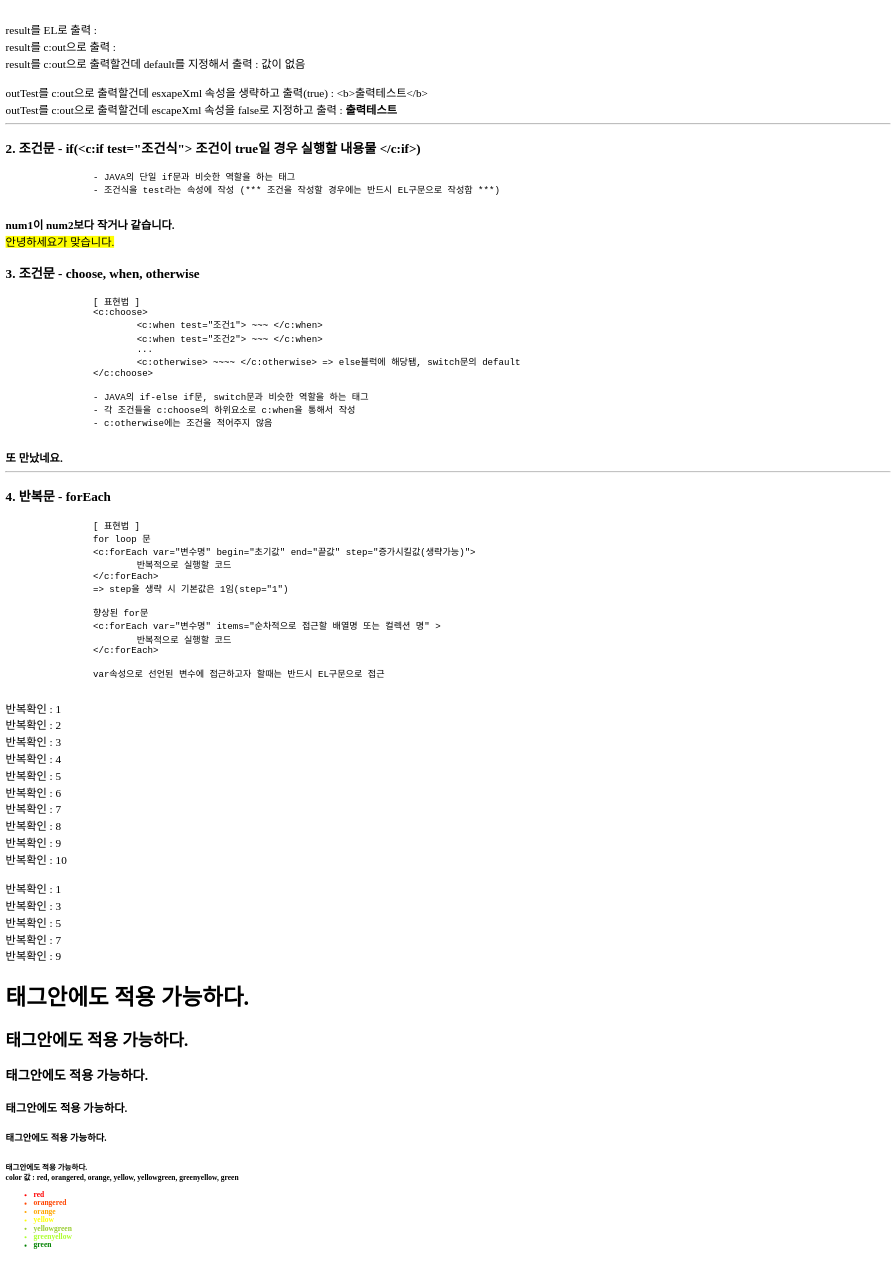
Repository: DonghwanSon1/ajax-jsp-study
Page: http://localhost/ActionProject/views/3_CustomAction/01_core.jsp
The author's editor kept a copy of each file at every save. The page is drawn from the files as they stood at one save, then again after the next save.
The browser window is 1280 px wide. The pictures show the part of the page from y = 860 to 2780 px (the page is 2692 px tall before and 2780 px after), at 70% of full size.
The page is served by Tomcat 9. Other server files are loaded and not shown.

Above is the page before, as saved 2022-07-13 00:29:20.

### ActionProject/WebContent/views/3_CustomAction/01_core.jsp
<%@ page language="java" contentType="text/html; charset=UTF-8"
    pageEncoding="UTF-8"%>
<%@ taglib prefix="c" uri="http://java.sun.com/jsp/jstl/core" %>
<!DOCTYPE html>
<html>
<head>
<meta charset="UTF-8">
<title>정말 중요한 core 페이지</title>
</head>
<body>


	<h1>JSTL Core Library</h1>

	<h3>1. 변수(속성 == attribute)</h3>

	<pre>
		* 변수 선언 (&lt;c:set var="변수명" value="리터럴" scope="스코프영역지정(생략가능)" /&gt;)
		- 변수를 선언하고 초기값을 대입해두는 기능을 제공
		- 더나아가서 해당 변수를 어떤 scope영역에 담아둘건지 지정 가능함
			(scope속성 생략 시 pageScope에 담김)
		=> 즉, 해당 scope영역에 setAttribute라는 메서드를 이용해서
			key + value형태로 데이터를 담아둔다라고 생각하면 된다.
		=> c:set을 통해 선언된 변수는 EL로 접근해서 사용 가능 (스크립팅 원소로는 접근 불가능)

		* 주의사항
		- 변수의 타입을 별도로 지정하지 않음(초기값을 반드시 지정해둬야됌!!!)
	</pre>

	<c:set var="num1" value="10"></c:set> <!-- pageScope에 담김 pageContext.setAttribute("num1", "10"); -->
	<c:set var="num2" value="20" scope="request"></c:set> <!-- requestScope에 담김 request.setAttribute("num2", "20"); -->

	num1의 변수값 : ${ num1 } <br>
	num2의 변수값 : ${ num2 } <br>

	<c:set var="result" value="${ num1 + num2 }" scope="session"></c:set>

	result변수값 : ${ result } <br>

	<!--
		변수명만 제시하면 공유범위가 작은 곳에서부터 찾음
		: 티가 나지는 않지만 속도가 느려질수도 있다.(스코프영역.변수명 을 권장)
	 -->

	${ pageScope.num1 } <br>
	${ requestScope.num2 } <br>
	${ sessionScope.result } <br><br>

	<c:set var="result" scope="request"	>9999</c:set>
	<!-- value속성 말고 시작태그와 종료태그 사이에도 대입할 값을 기술 가능 -->

	${ requestScope.result } <br>
	${ sessionScope.result } <br>

	<hr>

	<pre>
		* 변수 삭제(&lt;c:remove var="제거하고자하는 변수명" scope="스코프영역지정가능(생략가능)" /&gt;)
		- 해당 변수를 scope에서 찾아서 제거하는 태그
		- scope지정 생략시 모든 scope에서 해당 변수를 다 찾아서 제거함
		=> 즉, 해당 scope에 .removeAttribute("키값"); 이용해서 제거하는거라고 생각하면 된다.
	</pre>

	삭제 전 result : ${ result } <br>
	1) 특정 scope를 지정해서 삭제 <br>
	<c:remove var="result" scope="request" />

	request 삭제 후 result : ${ result } <br>

	2) 모든 scope에서 삭제 <br>
	<c:remove var="result" />
	모든 scope에서 삭제 후 result : ${ result } <br>

	<hr>

	<pre>
		* 변수 출력(&lt;c:out value="출력하고자하는값" default="기본값(생략가능)" escapeXml="true(기본값, 생략가능) / false" /&gt;)
		- 데이터를 출력하고자 할 때 사용하는 태그
		- default : 기본값, value 속성에 출력하고자 하는 값이 없을 경우 대체해서 기본값으로 출력할 내용물을 기술(생략가능)

	</pre>

	result를 EL로 출력 : ${ result } <br>
	result를 c:out으로 출력 : <c:out value="${ result }" /> <br>
	result를 c:out으로 출력할건데 default를 지정해서 출력 : <c:out value="${ result }" default="값이 없음" /> <br><br>

	<!-- escapeXml 테스트 -->
	<!-- 테스트하기 위한 변수 선언 -->
	<c:set var="outTest" value="<b>출력테스트</b>" />

	outTest를 c:out으로 출력할건데 esxapeXml 속성을 생략하고 출력(true) : <c:out value="${ outTest }"/> <br>
	outTest를 c:out으로 출력할건데 escapeXml 속성을 false로 지정하고 출력 : <c:out value="${ outTest }" escapeXml="false" />

	<hr>

	<h3>2. 조건문 - if(&lt;c:if test="조건식"&gt; 조건이 true일 경우 실행할 내용물 &lt;/c:if&gt;)</h3>

	<pre>
		- JAVA의 단일 if문과 비슷한 역할을 하는 태그
		- 조건식을 test라는 속성에 작성 (*** 조건을 작성할 경우에는 반드시 EL구문으로 작성함 ***)
	</pre>

	<%--
	기존방식
	<% if(num1 > num2) { %>
		쏼라쏼라
	<% } %>
	--%>

	<c:if test="${ num1 gt num2 }" >
		<b>num1이 num2보다 큽니다.</b>
	</c:if>

	<c:if test="${ num1 le num2 }">
		<b>num1이 num2보다 작거나 같습니다.</b>
	</c:if>

	<br>

	<c:set var="str" value="안녕하세요" />

	<c:if test="${ str eq '안녕하세요' }" >
		<mark>안녕하세요가 맞습니다.</mark>
	</c:if>

	<c:if test="${ str ne '안녕하세요' }" >
		<mark>안녕하세요가 아닙니다.</mark>
	</c:if>

	<br>

	<h3>3. 조건문 - choose, when, otherwise </h3>

	<pre>
		[ 표현법 ]
		&lt;c:choose&gt;
			&lt;c:when test="조건1"&gt; ~~~ &lt;/c:when&gt;
			&lt;c:when test="조건2"&gt; ~~~ &lt;/c:when&gt;
			...
			&lt;c:otherwise&gt; ~~~~ &lt;/c:otherwise&gt; => else블럭에 해당됌, switch문의 default
		&lt;/c:choose&gt;

		- JAVA의 if-else if문, switch문과 비슷한 역할을 하는 태그
		- 각 조건들을 c:choose의 하위요소로 c:when을 통해서 작성
		- c:otherwise에는 조건을 적어주지 않음
	</pre>

	<c:choose>
		<c:when test="${ num1 eq 20 }">
			<b>처음 뵙겠습니다.</b>
		</c:when>
		<c:when test="${ num1 eq 10 }">
			<b>또 만났네요. </b>
		</c:when>
		<c:otherwise>
			<b>난 다 아니야~</b>
		</c:otherwise>
	</c:choose>

	<hr>

	<h3>4. 반복문 - forEach </h3>

	<pre>
		[ 표현법 ]
		for loop 문
		&lt;c:forEach var="변수명" begin="초기값" end="끝값" step="증가시킬값(생략가능)"&gt;
			반복적으로 실행할 코드
		&lt;/c:forEach&gt;
		=> step을 생략 시 기본값은 1임(step="1")

		향상된 for문
		&lt;c:forEach var="변수명" items="순차적으로 접근할 배열명 또는 컬렉션 명" &gt;
			반복적으로 실행할 코드
		&lt;/c:forEach&gt;

		var속성으로 선언된 변수에 접근하고자 할때는 반드시 EL구문으로 접근
	</pre>

	<!-- for loop문 -->

	<c:forEach var="i" begin="1" end="10">
		반복확인 : ${ i } <br>
	</c:forEach>

	<br>

	<c:forEach var="i" begin="1" end="10" step="2">
		반복확인 : ${ i } <br>
	</c:forEach>

	<!-- 태그 안에도 적용 가능 -->

	<c:forEach var="i" begin="1" end="6">
		<h${ i }> 태그안에도 적용 가능하다. </h>
	</c:forEach>

	<br>

	<!-- 향상된 for문 -->
	<!-- 테스트를 위한 배열 만들기 -->
	<c:set var="colors">
		red, orangered, orange, yellow, yellowgreen, greenyellow, green
	</c:set><!-- 배열과 같은 역할 -->

	color 값 : ${ colors } <br>

	<ul>
		<c:forEach var="c" items="${ colors }">
			<!-- 태그안에도 적용 가능 -->
			<li style="color:${ c };">${ c }</li>
		</c:forEach>
	</ul>

	<br>

	<!-- 최종 응용 -->
	<%@ page import="java.util.ArrayList, com.kh.model.vo.Person" %>
	<%
		// 여기는 사실 컨트롤러다.
		ArrayList<Person> list = new ArrayList();
		list.add(new Person("홍길동", 20, "남자"));
		list.add(new Person("어쩌고", 14, "남자"));
		list.add(new Person("저쩌고", 33, "여자"));

	%>










</body>
</html>

### ActionProject/src/com/kh/model/vo/Person.java
package com.kh.model.vo;

public class Person {

	private String name;
	private int age;
	private String gender;

	public Person() {}

	public Person(String name, int age, String gender) {
		super();
		this.name = name;
		this.age = age;
		this.gender = gender;
	}

	public String getName() {
		return name;
	}

	public void setName(String name) {
		this.name = name;
	}

	public int getAge() {
		return age;
	}

	public void setAge(int age) {
		this.age = age;
	}

	public String getGender() {
		return gender;
	}

	public void setGender(String gender) {
		this.gender = gender;
	}

	@Override
	public String toString() {
		return "Person [name=" + name + ", age=" + age + ", gender=" + gender + "]";
	}



}

After the next save:
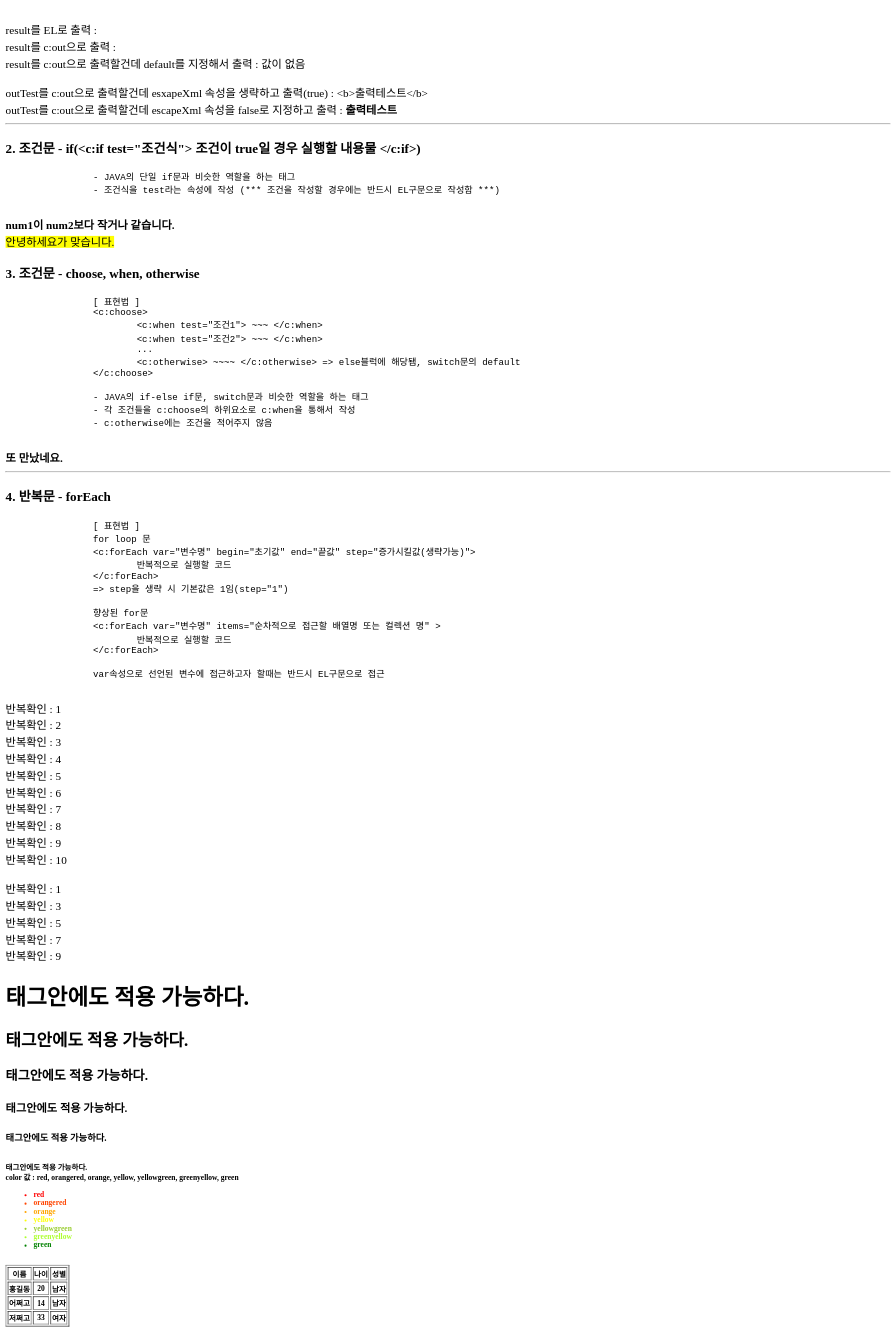
Saved 8 min 43 s later.
--- a/ActionProject/WebContent/views/3_CustomAction/01_core.jsp
+++ b/ActionProject/WebContent/views/3_CustomAction/01_core.jsp
@@ -223,9 +223,52 @@
 		list.add(new Person("어쩌고", 14, "남자"));
 		list.add(new Person("저쩌고", 33, "여자"));
 
+		//request.setAttribute("pList", list);
+		// 여기까지 코드가 원래 이페이지가 응답되기 전에 서블릿에서 완성했어야 하는 코드
 	%>
 
-
+	<c:set var="pList" value="<%= list %>" scope="request"></c:set>
+
+	<table border="1" >
+		<thead>
+			<th>이름</th>
+			<th>나이</th>
+			<th>성별</th>
+		</thead>
+		<tbody>
+		<%--
+			기존방식
+			<% if(pList.isEmpty()) { %>
+				없습니다.
+			<% } else { %>
+				<% for(Person p : pList) { %>
+					<tr>
+						<td><%= p.get ~~~ %> </td>
+						<td><%= p.get ~~~ %> </td>
+						<td><%= p.get ~~~ %> </td>
+					</tr>
+				<% } %>
+			<% } %>
+		--%>
+
+		<c:choose>
+			<c:when test="${ empty pList }">
+				<tr align="center">
+					<td colspan="3"> 없으요~ </td>
+				</tr>
+			</c:when>
+			<c:otherwise>
+				<c:forEach var="p" items="${ requestScope.pList }">
+					<tr align="center">
+						<td>${ p.name }</td>
+						<td>${ p.age }</td>
+						<td>${ p.gender }</td>
+					</tr>
+				</c:forEach>
+			</c:otherwise>
+		  </c:choose>
+		</tbody>
+	</table>
 
 
 
